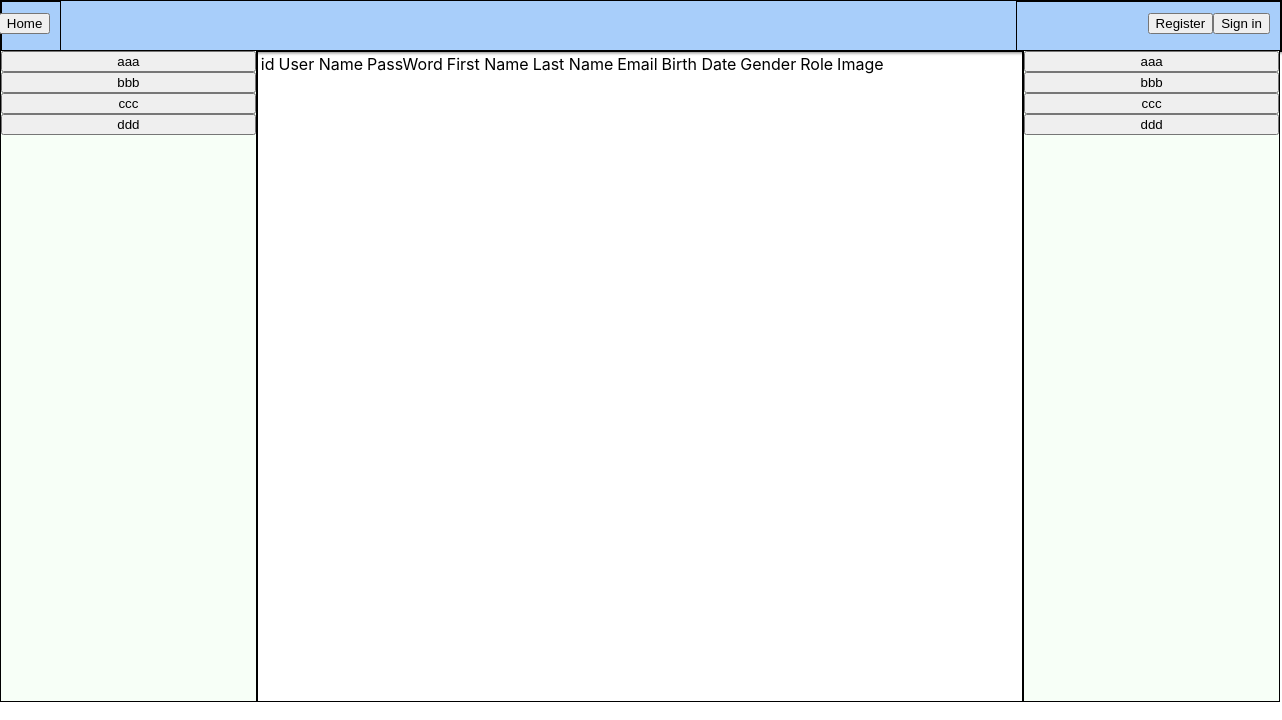
Repository: MichaelSodovski/website-client
Page: /users
The author's editor kept a copy of each file at every save. The page is drawn from the files as they stood at one save, then again after a run of saves.
The browser window is 1280 px wide. The page is 1282 px wide, so the pictures cover 1282 px, including what lies to the right of the window. The pictures show the whole page.
The page's requests for data from a server got no answer. The project was rebuilt for these pictures with package versions that can differ from the ones it lists, and the page was loaded fresh each time. No one was signed in, and anything a server would have sent is missing. Also part of the build but not shown: src/components/home/home.component.jsx, src/components/register/register.component.css, src/components/payment-info/payment.component.css, src/components/payment-info/payment.component.js, src/components/register/register.component.jsx, src/components/signIn/signIn.component.css, src/components/signIn/signIn.component.jsx.

Above is the page before, as saved 2022-05-14 22:19:19.

After the next 2 saves:
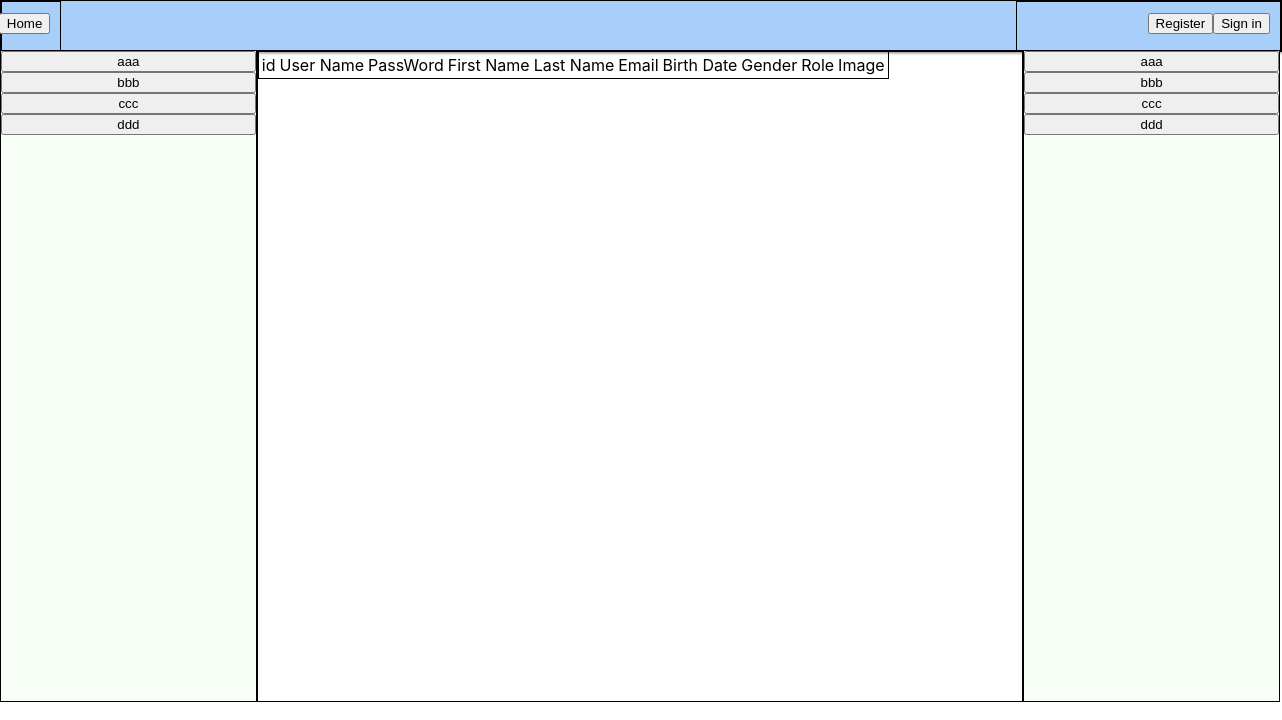
The 2 saves are shown as one change because they came seconds apart.
The last was saved 6 s later.
--- a/src/components/users/users.component.css
+++ b/src/components/users/users.component.css
@@ -1,3 +1,3 @@
 .table-users {
-    border:
+    border: 1px solid black;
 }
